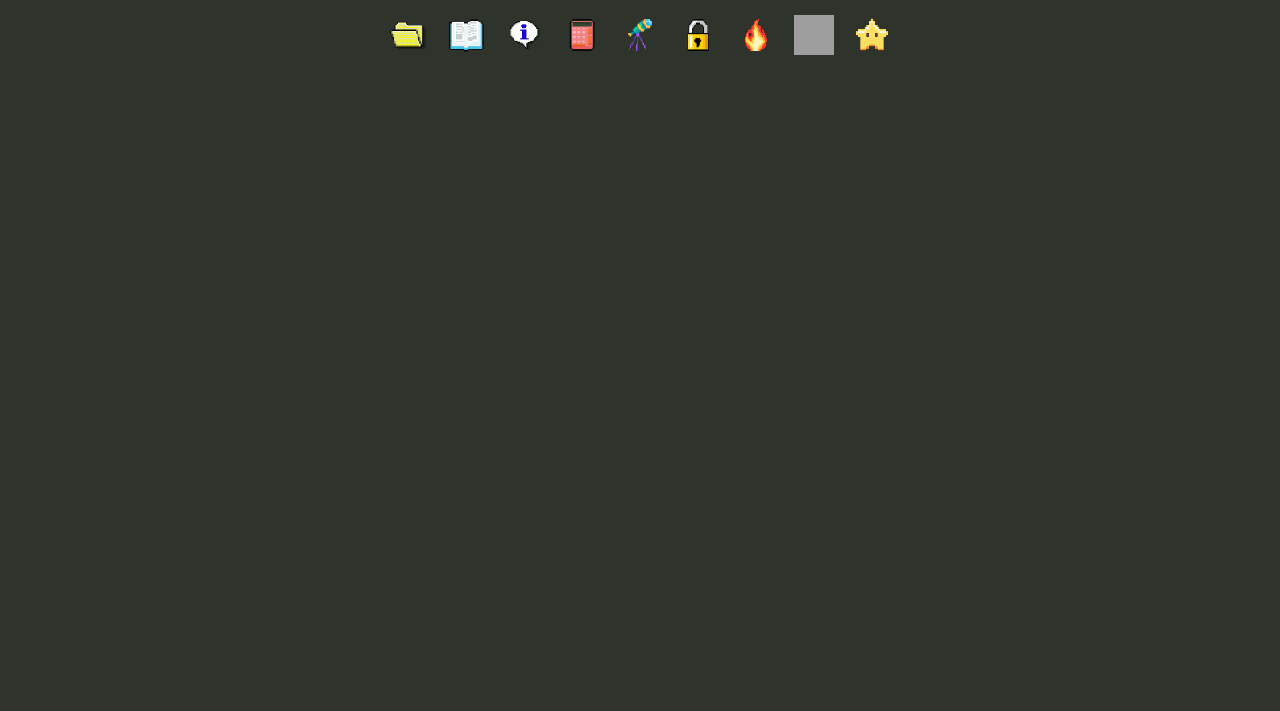
Repository: scarfer14/CCPHYS2L_Project
Page: /dashboard
These files come from the project's save history. The page is drawn as it stood at one moment and after a run of saves; the edit follows.
The browser window is 1280 px wide. The pictures show the whole page.
Pictures or frames that could not be fetched are drawn as grey boxes. The project was rebuilt for these pictures with package versions that can differ from the ones it lists, and the page was loaded fresh each time. Also part of the build but not shown: vite.config.js, src/astartsc/start.jsx.

Above is the page before, as saved 2025-05-28 20:38:11.

After the next 2 saves:
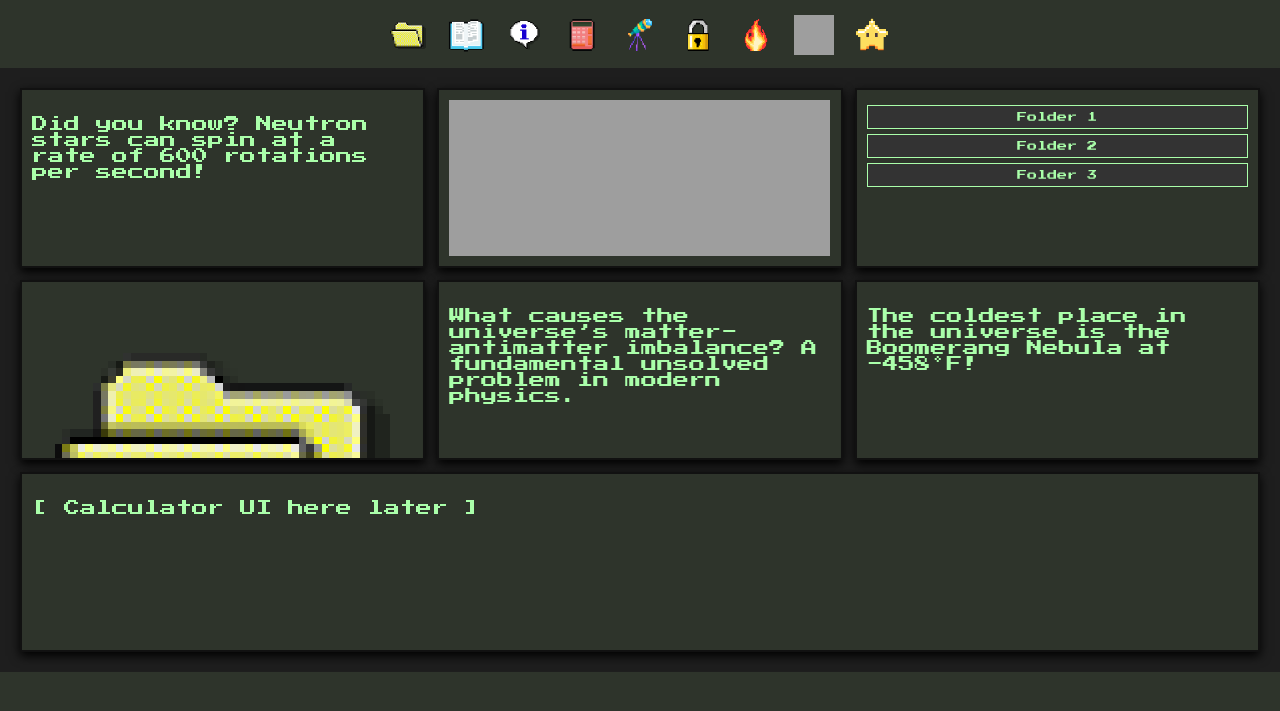
The 2 saves are shown as one change because they came seconds apart.
The last was saved 10 s later.
--- a/src/App.jsx
+++ b/src/App.jsx
@@ -17,6 +17,7 @@ function Dashboard() {
   return (
     <div>
       <Dash />
+      <Dashbody />
     </div>
   );
 }
